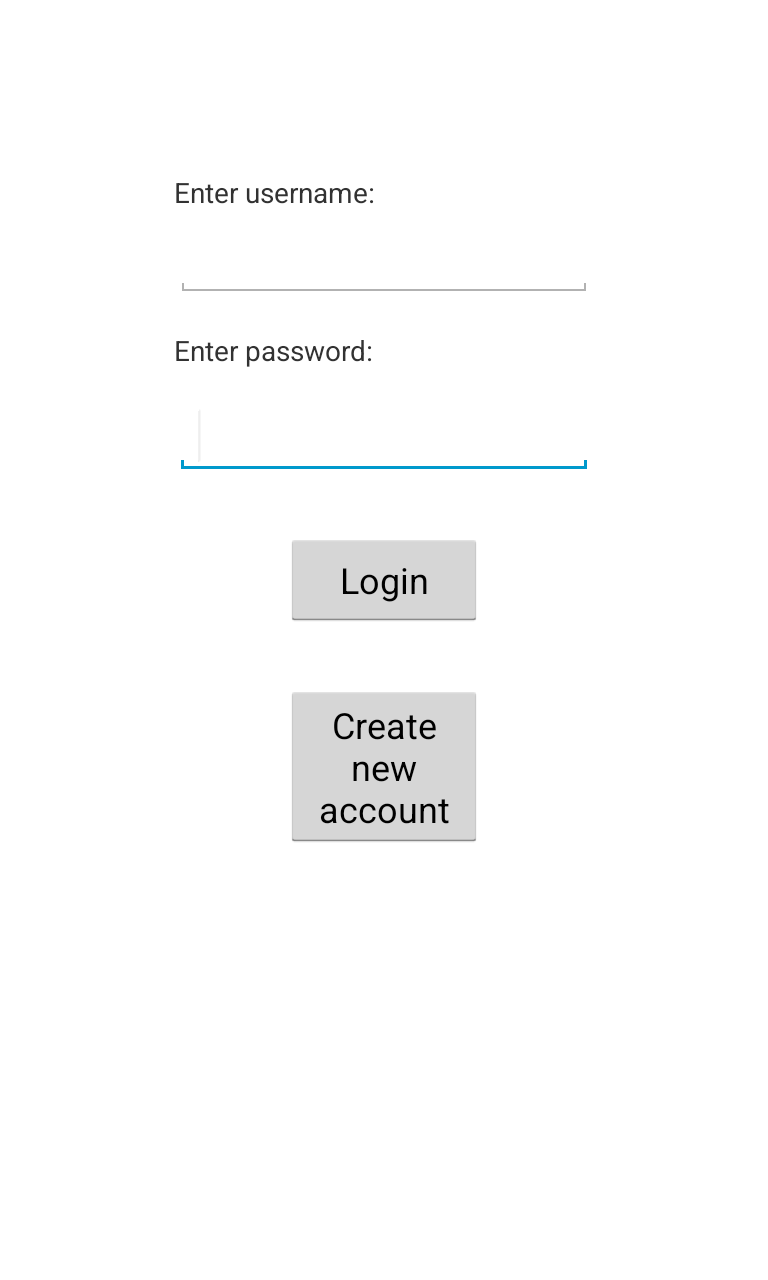
Repository: Codlex/JSMS
Layout: AndroidClient/res/layout/activity_main.xml
These files come from the project's save history. The layout is drawn as it stood at one moment and after the next save; the edit follows.
It is drawn on a 768 x 1280 px phone screen (xhdpi) without system bars, with theme AppTheme; the app's code is not run.

Above is the layout before, as saved 2013-01-04 14:58:32.

### AndroidClient/res/layout/activity_main.xml
<RelativeLayout xmlns:android="http://schemas.android.com/apk/res/android"
    xmlns:tools="http://schemas.android.com/tools"
    android:layout_width="match_parent"
    android:layout_height="match_parent"
    tools:context=".MainActivity" >

    <TextView
        android:id="@+id/text1"
        android:layout_width="wrap_content"
        android:layout_height="wrap_content"
        android:layout_alignBottom="@+id/username"
        android:layout_alignLeft="@+id/username"
        android:layout_alignRight="@+id/username"
   		android:text="@string/username"
        android:layout_marginBottom="44dp" />

    <TextView
        android:id="@+id/text2"
        android:layout_width="wrap_content"
        android:layout_height="wrap_content"
        android:layout_alignLeft="@+id/username"
        android:layout_below="@+id/text1"
        android:layout_marginTop="16dp"
        android:text="@string/password" />

    <EditText
        android:id="@+id/username"
        android:layout_width="wrap_content"
        android:layout_height="wrap_content"
        android:layout_alignParentTop="true"
        android:layout_centerHorizontal="true"
        android:layout_marginTop="110dp"
        android:ems="10"
        android:inputType="textPersonName" />

    <EditText
        android:id="@+id/password"
        android:layout_width="wrap_content"
        android:layout_height="wrap_content"
        android:layout_alignLeft="@+id/text2"
        android:layout_below="@+id/text2"
        android:layout_marginTop="14dp"
        android:ems="10"
        android:inputType="textPassword" >

        <requestFocus />
    </EditText>

    <Button
        android:id="@+id/loginb"
        android:layout_width="100dp"
        android:layout_height="wrap_content"
        android:layout_below="@+id/password"
        android:layout_centerHorizontal="true"
        android:layout_marginTop="28dp"
        android:text="@string/login" />

    <Button
        android:id="@+id/registerb"
        android:layout_width="100dp"
        android:layout_height="wrap_content"
        android:layout_alignLeft="@+id/loginb"
        android:layout_below="@+id/loginb"
        android:layout_marginTop="28dp"
        android:text="@string/create_account" />

</RelativeLayout>

### AndroidClient/res/values/strings.xml
<?xml version="1.0" encoding="utf-8"?>
<resources>

    <string name="app_name">AndroidClient</string>
    <string name="hello_world">Hello world!</string>
    <string name="menu_settings">Settings</string>
    <string name="username">Enter username:</string>
    <string name="password">Enter password:</string>
    <string name="login">Login</string>
    <string name="register">Register</string>
	<string name="create_account">Create new account</string>
</resources>

Loaded but not shown: AndroidClient/res/values/styles.xml (common file); AndroidClient/res/values-v11/styles.xml (common file); AndroidClient/res/values-v14/styles.xml (common file)

After the next save:
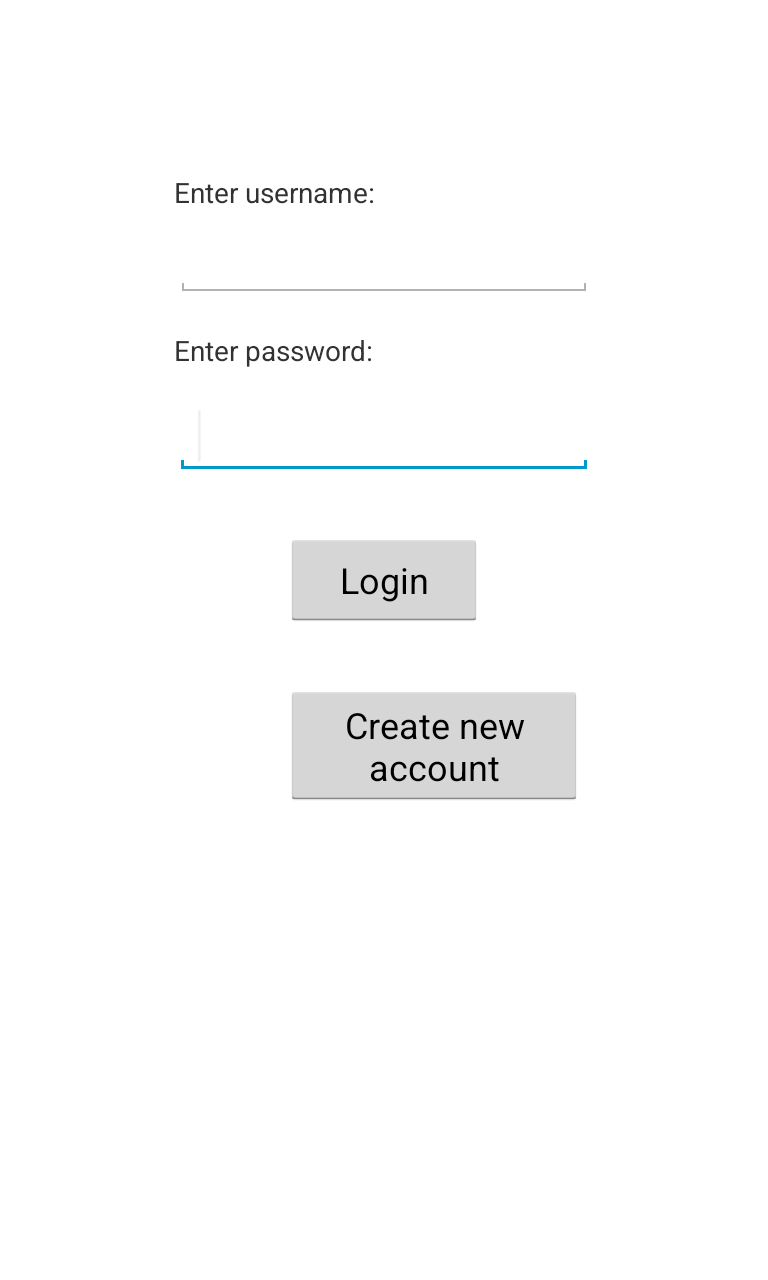
Saved 11 s later.
--- a/AndroidClient/res/layout/activity_main.xml
+++ b/AndroidClient/res/layout/activity_main.xml
@@ -57,7 +57,7 @@
 
     <Button
         android:id="@+id/registerb"
-        android:layout_width="100dp"
+        android:layout_width="150dp"
         android:layout_height="wrap_content"
         android:layout_alignLeft="@+id/loginb"
         android:layout_below="@+id/loginb"
